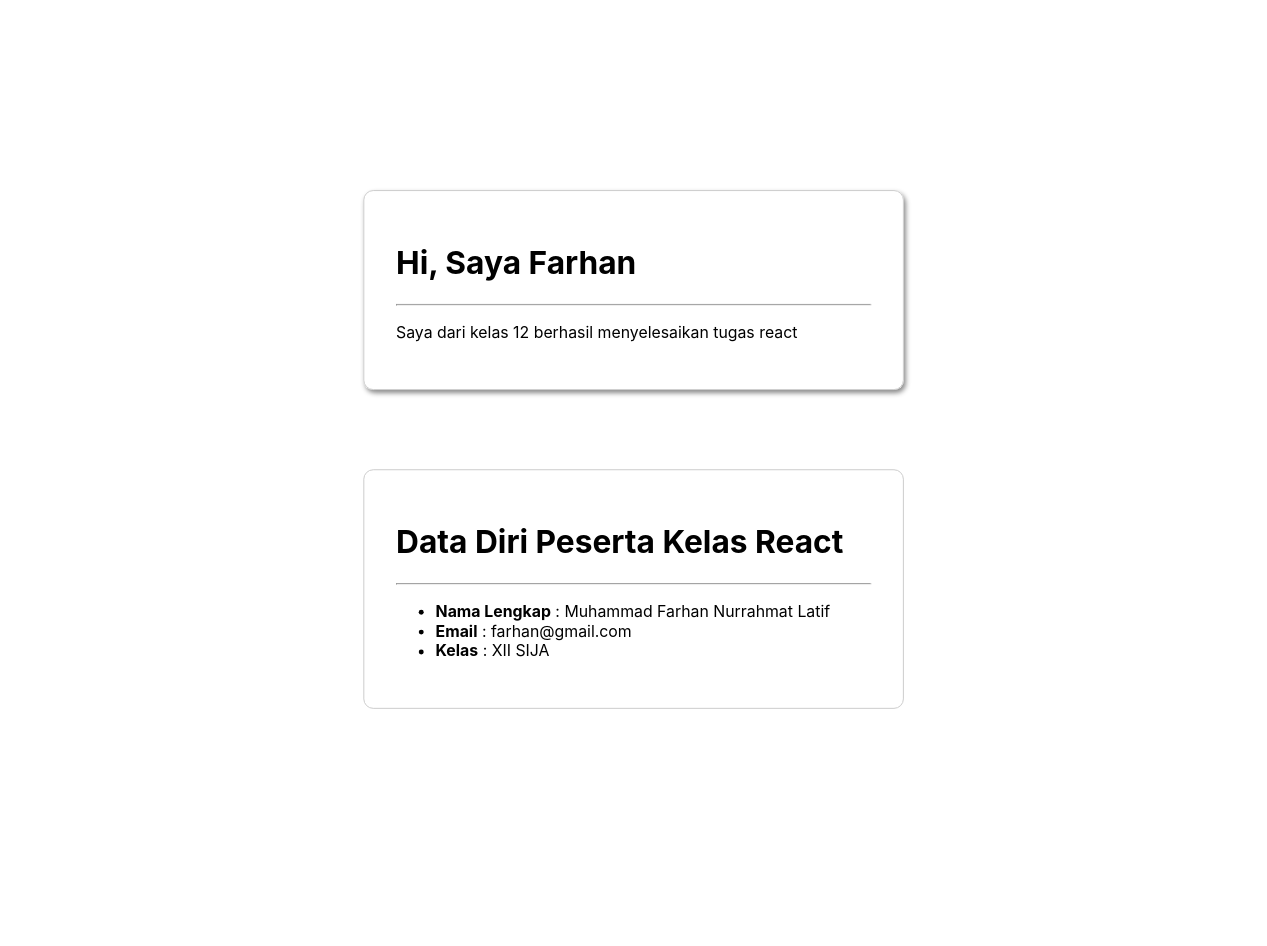
Repository: mfarhannr/Tugas-Reactjs_Farhan
Page: /
These files come from the project's save history. The page is drawn as it stood at one moment and after the next save; the edit follows.
The browser window is 1280 px wide. The pictures show the whole page, at 99% of full size.
The project was rebuilt for these pictures with package versions that can differ from the ones it lists, and the page was loaded fresh each time.

Above is the page before, as saved 2024-05-03 15:43:00.

### src/App.js
import './App.css';
import Tugas6 from "./tugas6/tugas6";
// import Welcome from "./WelcomeComponent";
import Tugas7 from './tugas7/tugas7';

function App() {
  return (
    <div className="App">
      <div className="Card6">
        <Tugas6 />
      </div>
      <div className="Card7">
        <Tugas7
          name="Muhammad Farhan Nurrahmat Latif"
          email="farhan@gmail.com"
          kelas="XII SIJA"
        />
      </div>
    </div>
  );
}

export default App;

### src/App.css
.App {
  padding: 10rem;
}

.Card6 {
  border: 1px solid #ccc;
  border-radius: 10px;
  padding: 2em;
  margin: 2em auto;
  width: 50%;
  box-shadow: 2px 3px 5px #888888;
}

span {
  font-size:bold;
}

.Card7 {
  border: 1px solid #ccc;
  border-radius: 10px;
  padding: 2em;
  margin: 5em auto;
  width: 50%;
}

.App-logo {
  height: 40vmin;
  pointer-events: none;
}

@media (prefers-reduced-motion: no-preference) {
  .App-logo {
    animation: App-logo-spin infinite 20s linear;
  }
}

.App-header {
  background-color: #282c34;
  min-height: 100vh;
  display: flex;
  flex-direction: column;
  align-items: center;
  justify-content: center;
  font-size: calc(10px + 2vmin);
  color: white;
}

.App-link {
  color: #61dafb;
}

@keyframes App-logo-spin {
  from {
    transform: rotate(0deg);
  }
  to {
    transform: rotate(360deg);
  }
}

### src/tugas6/tugas6.js
import React from "react";

function Tugas6() {
    return (
      <div className="Card1">
        <h1>Hi, Saya Farhan</h1>
        <hr></hr>
        <p>Saya dari kelas 12 berhasil menyelesaikan tugas react</p>
      </div>
    );
}

export default Tugas6;

### src/tugas7/tugas7.js
import React from "react";

function Tugas7(props) {
  return (
    <div className="Card1">
      <h1>Data Diri Peserta Kelas React</h1>
      <hr></hr>
      <ul>
        <li>
          <b>Nama Lengkap</b> : {props.name}
        </li>
        <li>
          <b>Email</b> : {props.email}
        </li>
        <li>
          <b>Kelas</b> : {props.kelas}
        </li>
      </ul>
    </div>
  );
}

export default Tugas7;

Loaded but not shown: public/index.html (common file); src/index.js (common file); src/index.css (common file); src/reportWebVitals.js (common file)

After the next save:
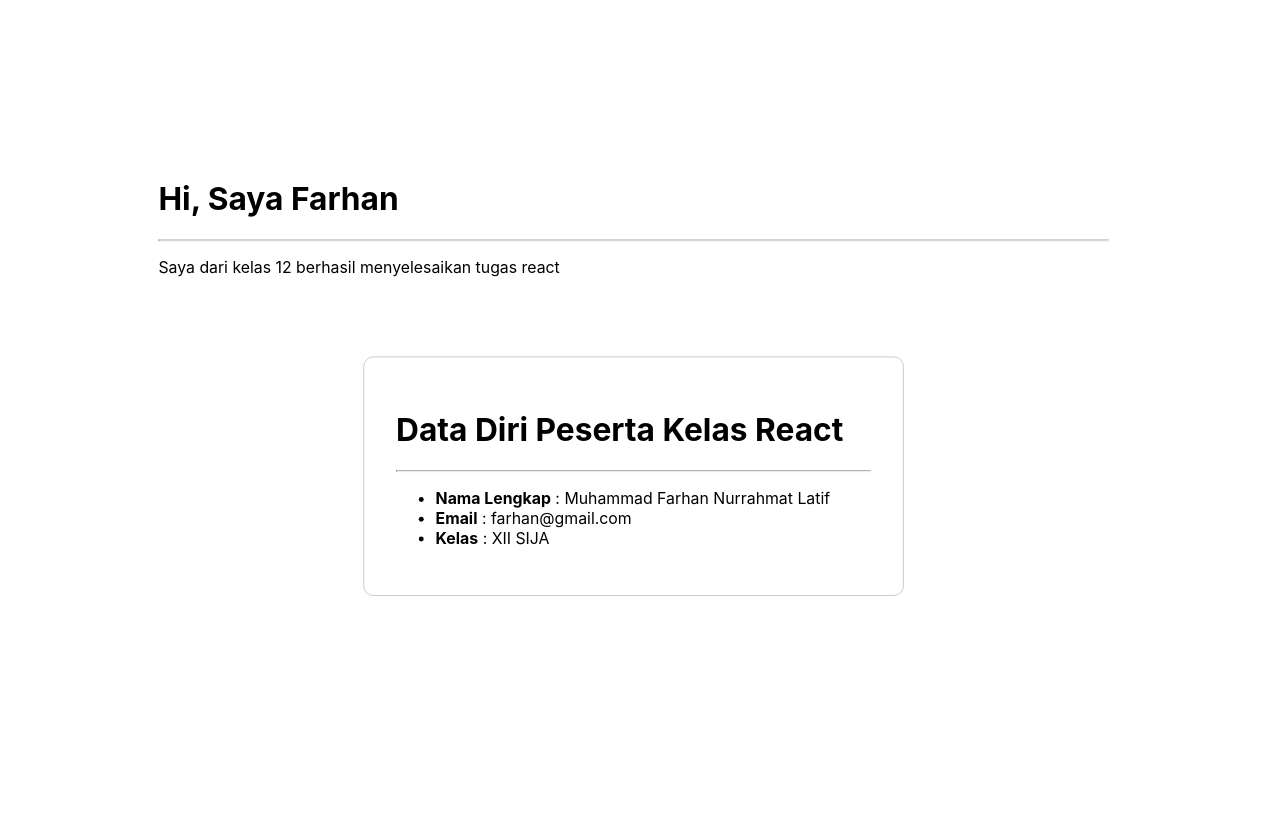
Saved 6 s later.
--- a/src/App.css
+++ b/src/App.css
@@ -2,7 +2,7 @@
   padding: 10rem;
 }
 
-.Card6 {
+.Content {
   border: 1px solid #ccc;
   border-radius: 10px;
   padding: 2em;
